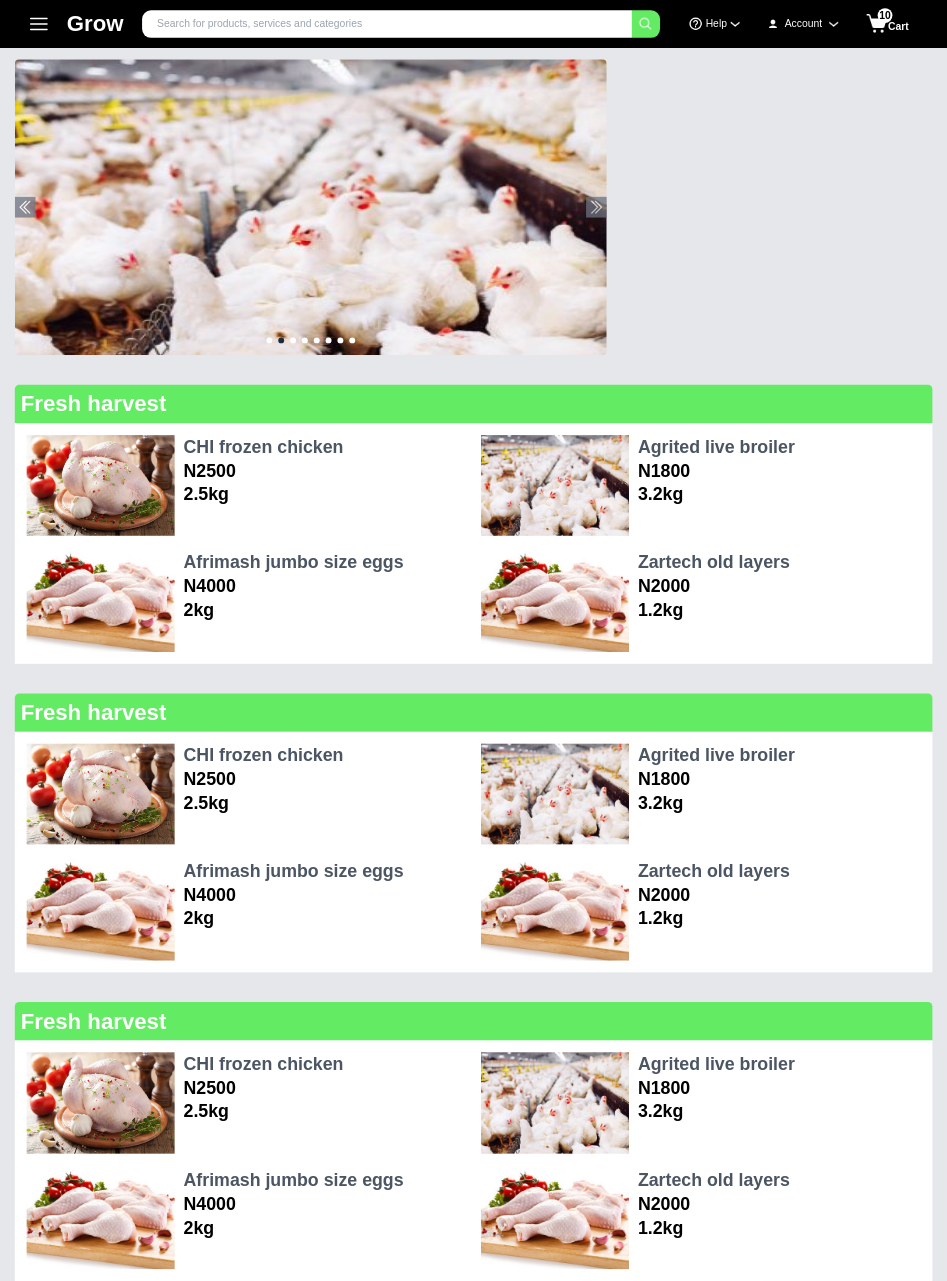
Repository: IssaMuiz/ifarmstock
Page: /
An editor plug-in stored every save of this project. The page is shown before and after the next save, followed by the edit.
The browser window is 1280 px wide. The pictures show the whole page, at 74% of full size.
The project was rebuilt for these pictures with package versions that can differ from the ones it lists, and the page was loaded fresh each time. The framework's server and built-in components were replaced by stand-ins that run in the browser. Also part of the build but not shown: next.config.mjs.

Above is the page before, as saved 2024-08-31 03:28:00.

After the next save:
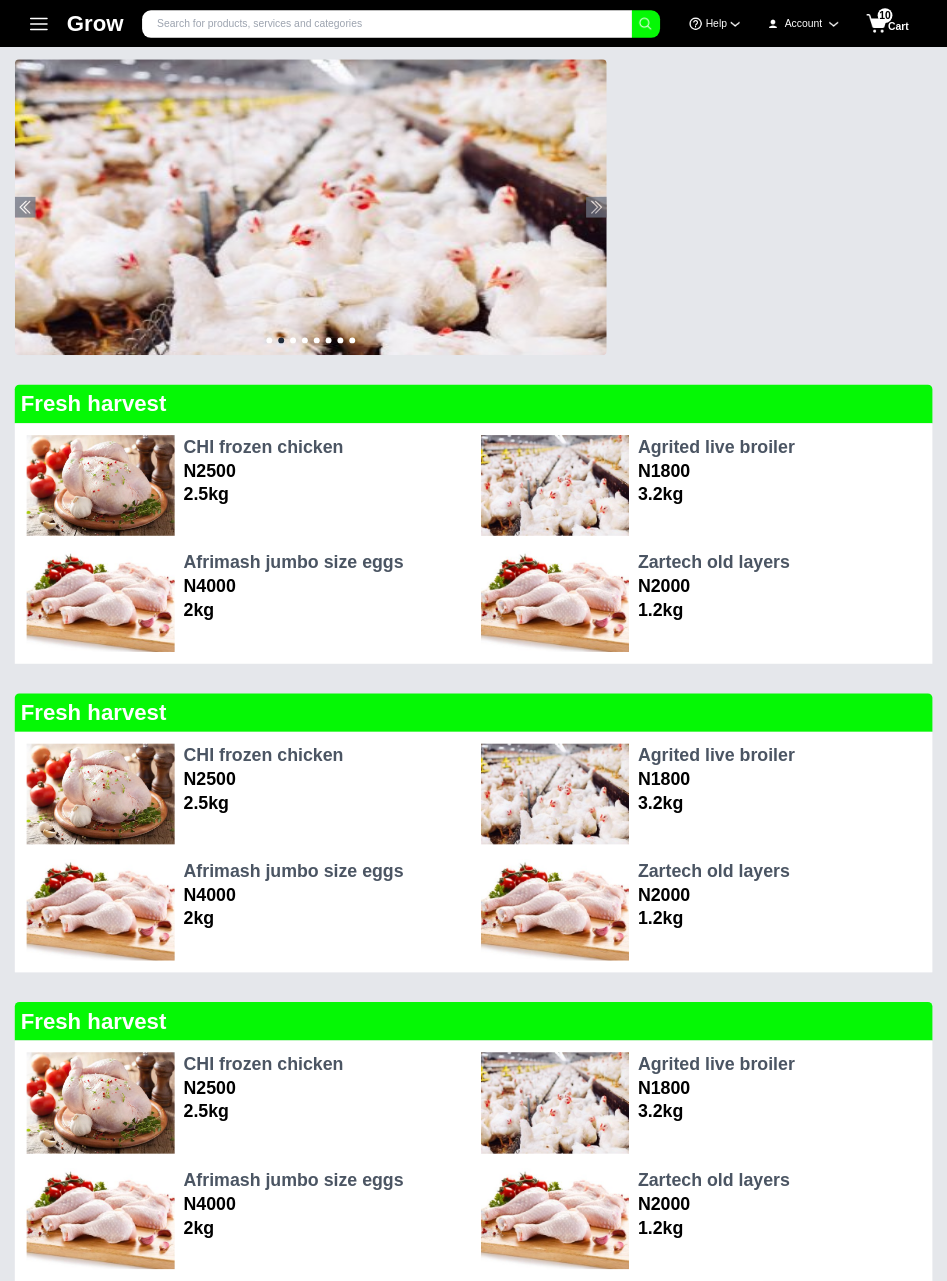
Saved 20 s later.
--- a/styles/globals.css
+++ b/styles/globals.css
@@ -8,7 +8,7 @@
 }
 
 .bgColor {
-  background-color: rgb(100, 235, 100);
+  background-color: rgb(5, 248, 5);
 }
 
 .text {
